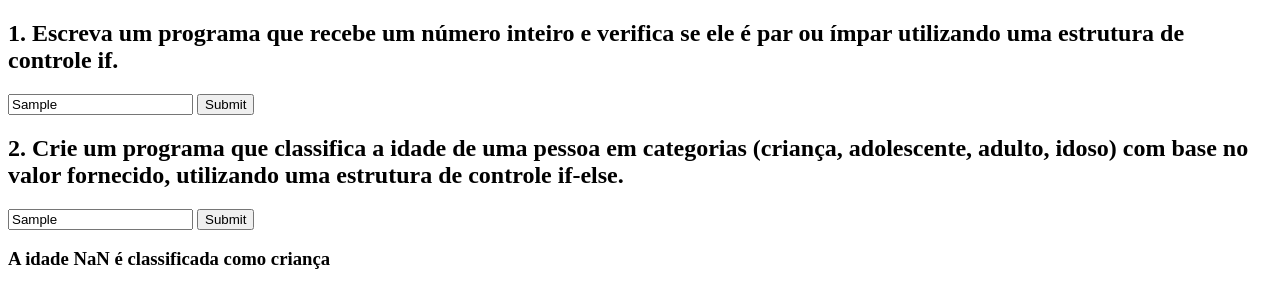
Repository: chidekina/prati-logica
Page: index.html
These files come from the project's save history. The page is drawn as it stood at one moment and after a run of saves; the edit follows.
The browser window is 1280 px wide. The pictures show the whole page.
Empty fields were first filled with sample values (such as "Sample", 5 or name@example.com).
After loading, the first visible `input[onclick="classificacaoEtaria()"]` was clicked once.

Above is the page before, as saved 2025-04-29 13:49:17.

After the next 2 saves:
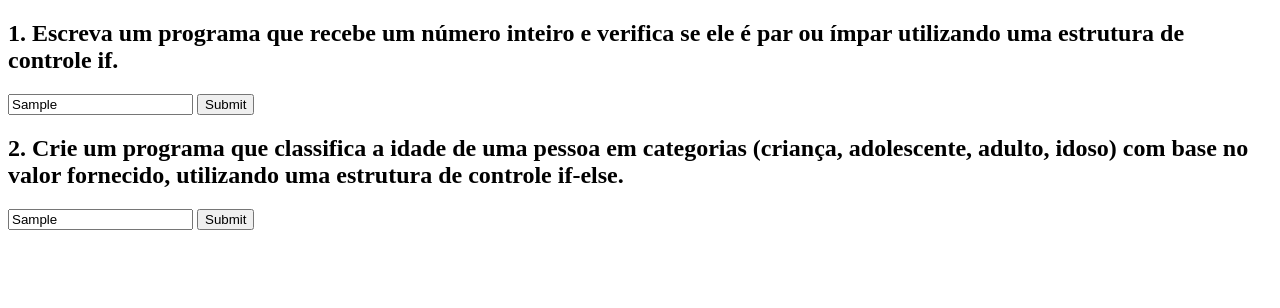
Console error: SyntaxError: Unexpected token 'else'
The 2 saves are shown as one change because they came seconds apart.
The last was saved 49 s later.
--- a/app.js
+++ b/app.js
@@ -18,7 +18,7 @@ function classificacaoEtaria() {
     let classificacao;
     let answer2 = document.getElementById('answer2');
 
-    if (idade >= 60) {
+    else if (idade >= 60) {
         classificacao = 'idoso';
     } else if (idade >= 20) {
         classificacao = 'adulto';
